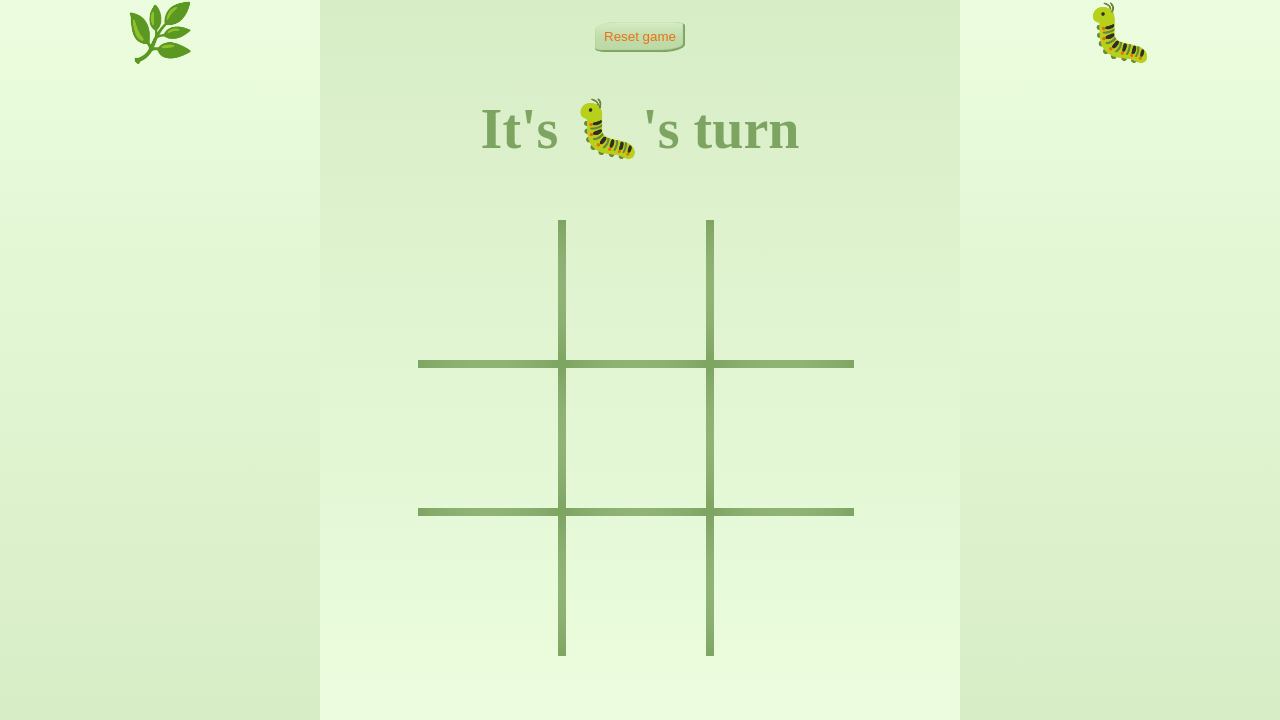
Repository: AsherSpurr/tic-tac-toe
Page: index.html
An editor plug-in stored every save of this project. The page is shown before and after a run of saves, followed by the edit.
The browser window is 1280 px wide. The pictures show the whole page.
Some web fonts or font styles are not loaded; a fallback is used.

Above is the page before, as saved 2024-01-13 18:34:29.
Console error: ReferenceError: win is not defined

After the next 2 saves:
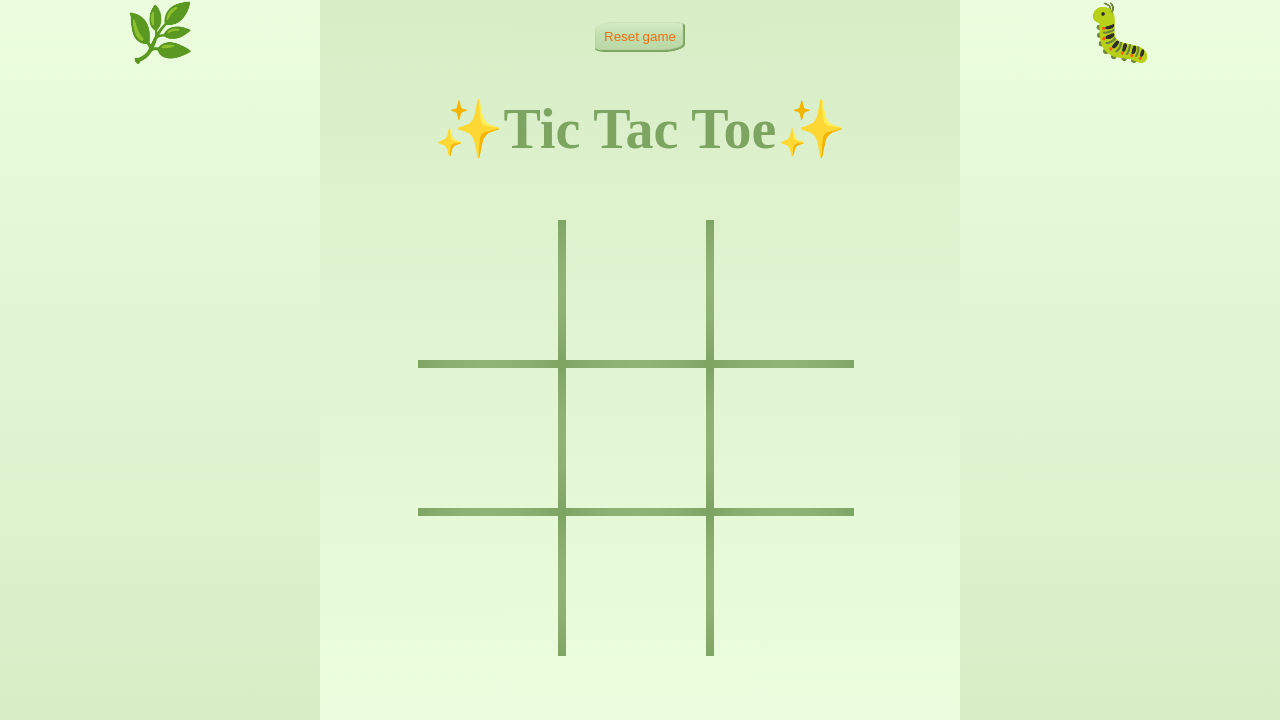
Console error: SyntaxError: Unexpected token ']'
The 2 saves are shown as one change because they came seconds apart.
The last was saved 11 s later.
--- a/main.js
+++ b/main.js
@@ -172,7 +172,7 @@
 
 function renderWins(player) {
     if (player.name === 'player1') {
-        winsPlayer1.innerText = `${win} wins`
+        winsPlayer1.innerText = `${player[]win} wins`
     }
     else {
         winsPlayer2.innerText = `${win} wins`

After the 3 saves that followed:
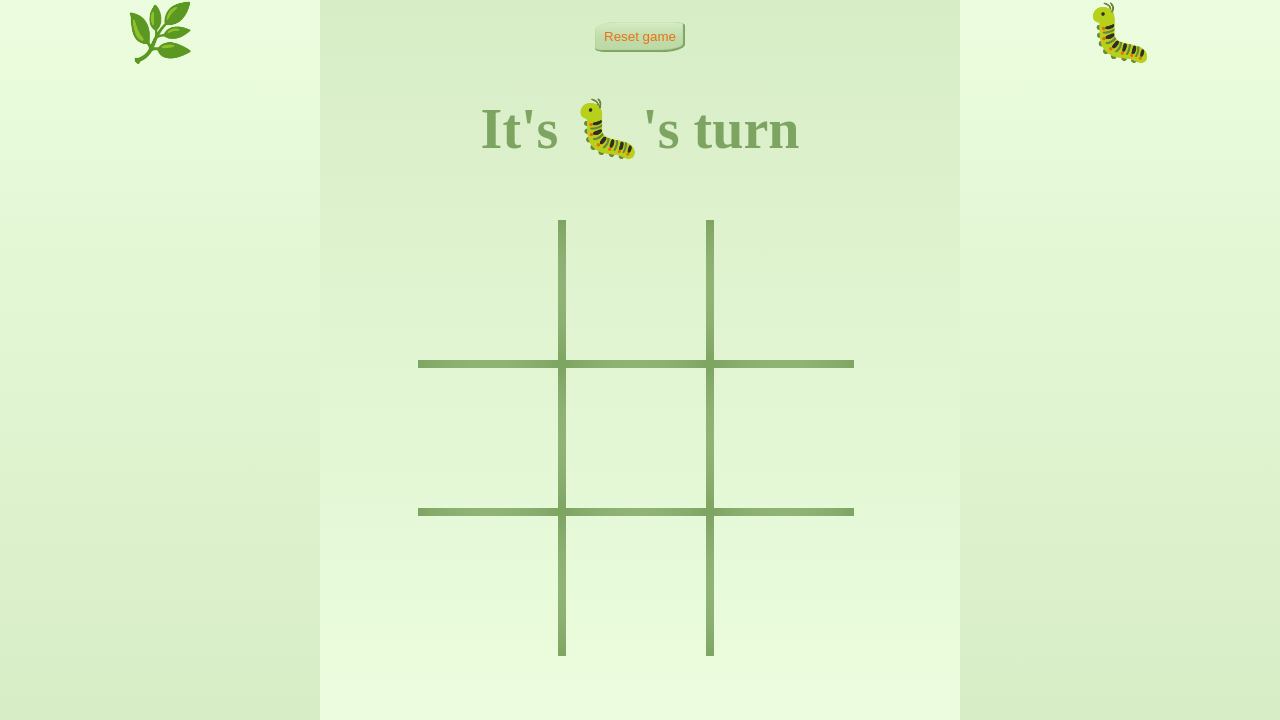
Console error: TypeError: Cannot read properties of undefined (reading 'wins')
The 3 saves are shown as one change because they came seconds apart.
The last was saved 9 s later.
--- a/main.js
+++ b/main.js
@@ -172,7 +172,7 @@
 
 function renderWins(player) {
     if (player.name === 'player1') {
-        winsPlayer1.innerText = `${player[]win} wins`
+        winsPlayer1.innerText = `${player[0].wins} wins`
     }
     else {
         winsPlayer2.innerText = `${win} wins`
